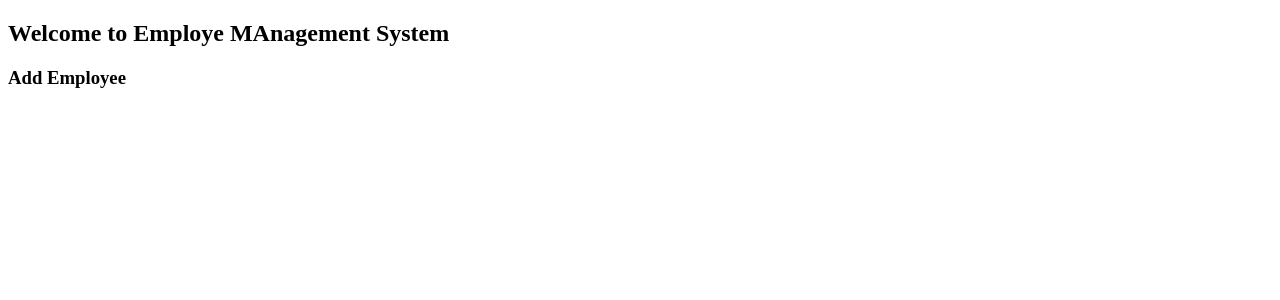
Repository: aamir5773/Spring
Page: http://localhost/SpringMvcEmployeeManagement-1WithJdbc/addEmployeePage
An editor plug-in stored every save of this project. The page is shown before and after the next save, followed by the edit.
The browser window is 1280 px wide. The pictures show the whole page.
The page is served by Tomcat 9. Other server files are loaded and not shown.

Above is the page before, as saved 2019-11-14 06:56:09.

### SpringMvcEmployeeManagement-1WithJdbc/WebContent/WEB-INF/pages/AddEmployee.jsp
<%@ page language="java" contentType="text/html; charset=ISO-8859-1"
    pageEncoding="ISO-8859-1"%>
<!DOCTYPE html PUBLIC "-//W3C//DTD HTML 4.01 Transitional//EN" "http://www.w3.org/TR/html4/loose.dtd">
<html>
<head>
<meta http-equiv="Content-Type" content="text/html; charset=ISO-8859-1">
<title>Add Employee</title>
</head>
<body>
<h2>Welcome to Employe MAnagement System</h2>
<h3>Add Employee</h3>
<form action="" method="post">



</form>

</body>
</html>

After the next save:
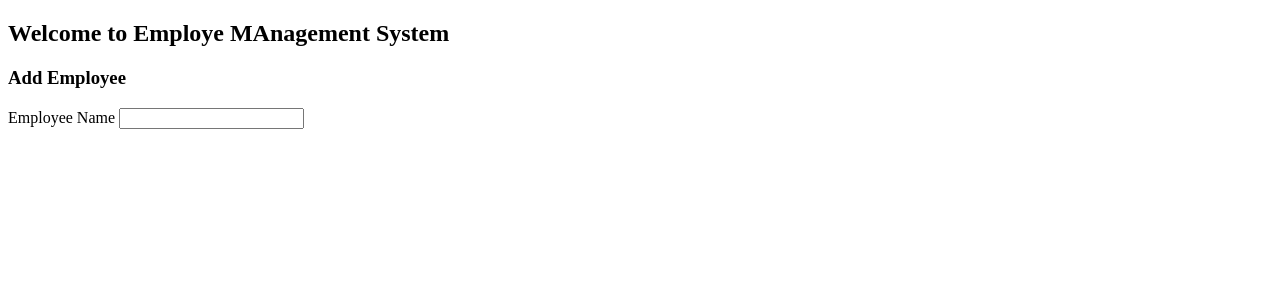
Saved 72 s later.
--- a/SpringMvcEmployeeManagement-1WithJdbc/WebContent/WEB-INF/pages/AddEmployee.jsp
+++ b/SpringMvcEmployeeManagement-1WithJdbc/WebContent/WEB-INF/pages/AddEmployee.jsp
@@ -10,6 +10,7 @@
 <h2>Welcome to Employe MAnagement System</h2>
 <h3>Add Employee</h3>
 <form action="" method="post">
+		Employee Name <input type="text" name="employeeName">
 
 
 
